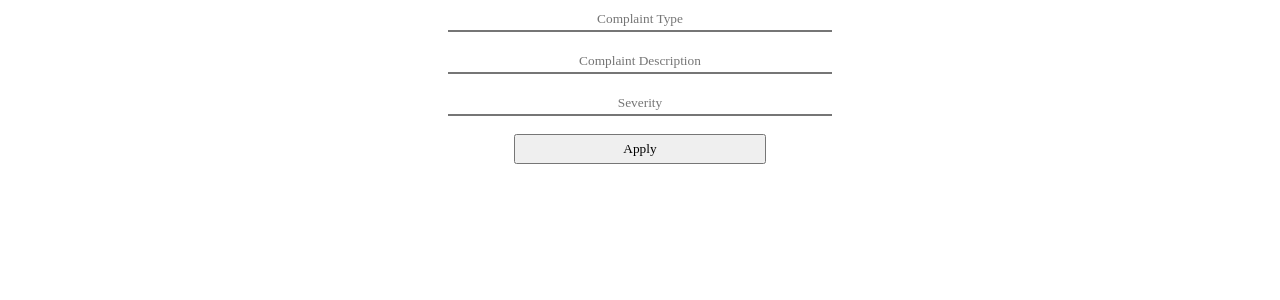
Repository: amitSai12/CMS
Page: http://localhost/ComplaintResolve/ComplaintApply.jsp
These files come from the project's save history. The page is drawn as it stood at one moment and after the next save; the edit follows.
The browser window is 1280 px wide. The pictures show the whole page.
The page is served by Tomcat 9.

Above is the page before, as saved 2023-10-04 16:55:37.

After the next save:
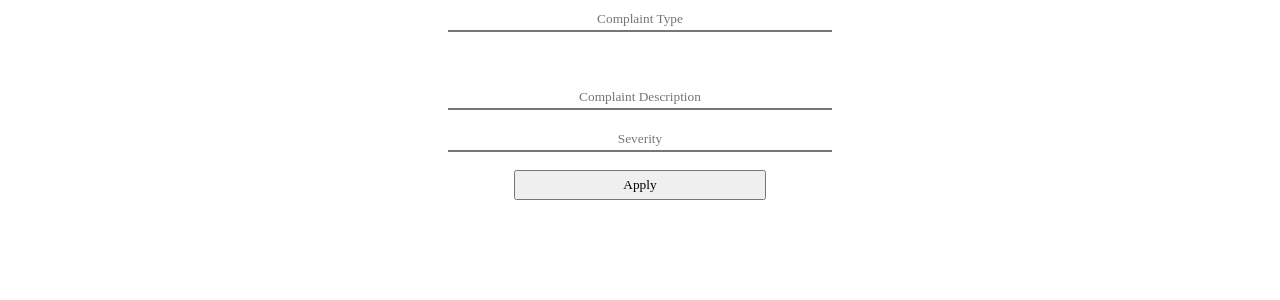
Saved 14 s later.
--- a/Day1_Thu/ComplaintResolve/src/main/webapp/ComplaintApply.jsp
+++ b/Day1_Thu/ComplaintResolve/src/main/webapp/ComplaintApply.jsp
@@ -15,7 +15,7 @@
 		 <input
 		 type="text" name="complaintType" placeholder="Complaint Type"
 		 style="width:30%; height: 20px;font-family: cursive;text-align: center;border:1;
-    		border-top-style: none;border-left-style: none;border-right-style: none"><br><br>
+    		border-top-style: none;border-left-style: none;border-right-style: none"><br><br><br><br>
 		 <input
 		type="text" name="cDescription"placeholder="Complaint Description"
 		style="width:30%; height: 20px;font-family: cursive;text-align: center;border:1;
